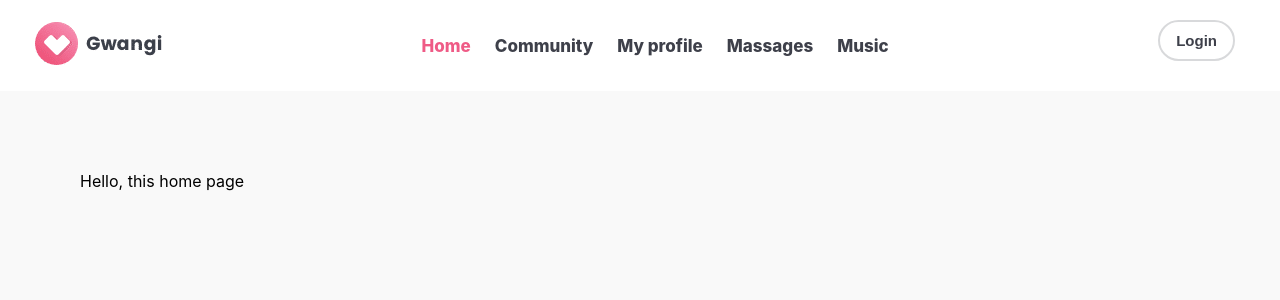
Repository: ShokunLiubov/Soc-Network-React
Page: /home
An editor plug-in stored every save of this project. The page is shown before and after the next save, followed by the edit.
The browser window is 1280 px wide. The pictures show the whole page.
The project was rebuilt for these pictures with package versions that can differ from the ones it lists, and the page was loaded fresh each time. Also part of the build but not shown: src/components/common/Paginator/Paginator.module.css, src/components/common/Paginator/Paginator.jsx, src/components/Community/Community.module.css, src/components/Community/Friend/Friend.jsx, src/components/Community/Community.jsx, src/components/common/Preloader/Preloader.jsx, src/components/Community/CommunityContainer.jsx, src/components/Dialogs/Dialogs.module.css and 13 more.

Above is the page before, as saved 2022-08-24 16:46:45.

### src/index.js
import reportWebVitals from './reportWebVitals';
import store from './redux/redux-store';
import React from 'react';
import ReactDOM from 'react-dom/client';
import './index.css';
import App from './App';
import { BrowserRouter } from 'react-router-dom';
import { Provider } from 'react-redux'

const root = ReactDOM.createRoot(document.getElementById('root'));

  root.render(

      <BrowserRouter>
        <Provider store={store}>
          <App />
        </Provider>
      </BrowserRouter>


  );


// If you want to start measuring performance in your app, pass a function
// to log results (for example: reportWebVitals(console.log))
// or send to an analytics endpoint. Learn more: https://bit.ly/CRA-vitals
reportWebVitals();

### src/redux/redux-store.js
import {combineReducers, legacy_createStore as createStore} from "redux"
import dialogsReducer from "./dialogs-reducer"
import profileReducer from "./profile-reducer"
import communityReducer from "./community-reducer"
import authReducer from "./auth-reducer"

let reducers = combineReducers({
    profilePage : profileReducer,
    dialogsPage : dialogsReducer,
    communityPage : communityReducer,
    auth: authReducer
})

let store = createStore(reducers)

export default store;

### src/App.js
import React from 'react';
import { Routes, Route } from "react-router-dom";
import './App.css';
import CommunityContainer from './components/Community/CommunityContainer';
import DialogsContainer from './components/Dialogs/DialogsContainer';
import Home from './components/Home/Home';
import Music from './components/Music/Music';
import Navbar from './components/Navbar/Navbar';
import ProfileContainer from './components/Profile/ProfileContainer';

function App(props) {
  return (

    <div className='app-wrapper'>
      <Navbar />
      <Routes>
        <Route path='/home/*' element={<Home />} />

        <Route path='/community/*' element={<CommunityContainer />} />

        <Route path='/profile/:id' element={<ProfileContainer />} />
        <Route path='/profile/*' element={<ProfileContainer />} />

        <Route path='/dialogs/*' element={<DialogsContainer />} />

        <Route path='/music/*' element={<Music />} />

      </Routes>

    </div>

  );
}

export default App;

### src/redux/dialogs-reducer.js
const SAND_MASSAGE = 'SAND-MASSAGE'
const UPDATE_NEW_MASSAGE_TEXT = 'UPDATE-NEW-MASSAGE-TEXT'

let initialState = {
    dialogsData: [
        { id: 1, name: 'Vika', ava: './../images/ava-w1.jpeg' },
        { id: 2, name: 'Eugen', ava: './../images/ava-m2.png' },
        { id: 3, name: 'Liubov', ava: './../images/ava-w3.jpeg' },
        { id: 4, name: 'Max', ava: './../images/ava-m1.jpeg' },
        { id: 5, name: 'Nika', ava: './../images/ava-w2.webp' }
    ],
    massagesData: [
        { id: 1, massage: 'Hi' },
        { id: 2, massage: 'How are you?' },
        { id: 3, massage: 'I am okey!' }
    ],
    newMassageText: ''
}

const dialogsReducer = (state = initialState, action) => {

    switch (action.type) {
        case SAND_MASSAGE:
            let text = state.newMassageText
            return {
                ...state,
                newMassageText: '',
                massagesData: [...state.massagesData, {id: Date.now(),massage: text}]
            }

        case UPDATE_NEW_MASSAGE_TEXT:
            return {
                ...state,
                newMassageText: action.newText
            }

        default:
            return state
    }

}

export const sandMassage = () => ({ type: SAND_MASSAGE })

export const onMassageChange = (text) =>
    ({ type: UPDATE_NEW_MASSAGE_TEXT, newText: text })

export default dialogsReducer;

### src/redux/profile-reducer.js
const ADD_POST = 'ADD-POST'
const UPDATE_NEW_POST_TEXT = 'UPDATE-NEW-POST-TEXT'
const SET_USER_PROFILE = 'SET-USER-PROFILE'

let initialState = {
    userProfile: {},
    postsData: [
        { id: 1, massage: 'Hi, how are you?', countLikes: '12', time: '29 minutes ago' },
        { id: 2, massage: 'It is my first post', countLikes: '99+', time: 'yesterday' },
        { id: 3, massage: 'My name Liubov, I am wife Eugen', countLikes: '32', time: 'week ago' }
    ],
    newPostText: ''
}

const profileReducer = (state = initialState, action) => {
    switch (action.type) {
        case ADD_POST:
            let newPost = {
                id: Date.now(),
                massage: state.newPostText,
                countLikes: '0',
                time: new Date().toLocaleTimeString()
            }
            return {
                ...state,
                newPostText: '',
                postsData: [newPost, ...state.postsData]
            }

        case UPDATE_NEW_POST_TEXT:
            return {
                ...state,
                newPostText: action.newText
            }
        case SET_USER_PROFILE:
            return {
                ...state,
                userProfile: action.profile

            }
        default:
            return state
    }


}

export const addPost = () => ({ type: ADD_POST })

export const updateNewPostText = (text) =>
    ({ type: UPDATE_NEW_POST_TEXT, newText: text })

export const setUserProfile = (profile) =>
    ({ type: SET_USER_PROFILE, profile})


export default profileReducer;

### src/redux/community-reducer.js
const FOLLOW = 'FOLLOW'
const UN_FOLLOW = 'UN-FOLLOW'
const SET_USERS = 'SET-USERS'
const SET_PAGE = 'SET-PAGE'
const SET_USERS_TOTAL_COUNT = 'SET-USERS-TOTAL-COUNT'
const TOGGLE_IS_FETCHING = 'TOGGLE-IS-FETCHING'

let initialState = {
    userData: [ ],
    pageSize: 10,
    totalUsersCount: 0,
    currentPage: 1,
    currentPageSize: 1,
    isFetching: false
}
const communityReducer = (state = initialState, action) => {
    switch (action.type) {
        case FOLLOW:
            return {
                ...state,
                userData: state.userData.map (user => {
                    if(user.id === action.userID) {
                        return {...user, followed: true}
                    }
                    return user
                })
            }
        case UN_FOLLOW:
            return {
                ...state,
                userData: state.userData.map (user => {
                    if(user.id === action.userID) {
                        return {...user, followed: false}
                    }
                    return user
                })
            }
        case SET_USERS:
            return {
                ...state,
                userData: action.users
            }
        case SET_PAGE:
            return {
                ...state,
                currentPage: action.page
                }
        case SET_USERS_TOTAL_COUNT:
            return {
                ...state,
                totalUsersCount: action.UsersTotalCount
            }
        case TOGGLE_IS_FETCHING:
            return {
                ...state,
                isFetching: action.isFetching
            }
        default:
            return state
    }
}

export const follow = (userID) => ({ type: FOLLOW, userID })

export const unFollow = (userID) => ({ type: UN_FOLLOW, userID })

export const setUsers = (users) => ({ type: SET_USERS, users })

export const setPage = (page) => ({ type: SET_PAGE, page })

export const setUsersTotalCount = (UsersTotalCount) => ({ type: SET_USERS_TOTAL_COUNT, UsersTotalCount })

export const toggleFetching = (isFetching) => ({ type: TOGGLE_IS_FETCHING, isFetching })

export default communityReducer;


// Создать кнопки prev next
// if(currentPage > 1) { prev
// } минус 1  при отрисовки подставляться значения, исключение первая страница
// Отображать в пагинации 5 стр и одну последнюю , учесть если будет меньше 5 стр

### src/redux/auth-reducer.js
const SET_USER_DATA = 'SET-USER-DATA'
// const UN_FOLLOW = 'UN-FOLLOW'

let initialState = {
    userId: undefined,
    email: undefined,
    login: undefined,
    isFetching: false
}
const authReducer = (state = initialState, action) => {
    switch (action.type) {
        case SET_USER_DATA:
            return {
                ...state,
                ...action.data
            }
        // case TOGGLE_IS_FETCHING:
        //     return {
        //         ...state,
        //         isFetching: action.isFetching
        //     }
        default:
            return state
    }
}

export const setUserData = (userId, email, login) => ({ type: SET_USER_DATA, data: {userId, email, login} })

// export const toggleFetching = (isFetching) => ({ type: TOGGLE_IS_FETCHING, isFetching })

export default authReducer;

### src/components/Dialogs/DialogsContainer.jsx
import React from 'react';
import { sandMassage, onMassageChange } from '../../redux/dialogs-reducer';
import Dialogs from './Dialogs';
import { connect } from 'react-redux'


let mapStateToProps = (state) => {
    return {
        dialogsData: state.dialogsPage.dialogsData,
        massagesData: state.dialogsPage.massagesData,
        newMassageText: state.dialogsPage.newMassageText
    }
}

const DialogsContainer = connect(mapStateToProps, { sandMassage, onMassageChange })(Dialogs)

export default DialogsContainer;

### src/components/Home/Home.jsx
import React from 'react';
import styles from './Home.module.css'

const Home = (props) => {
    return (
        <div className='container'>
            Hello, this home page
        </div>
    )
}

export default Home;

### src/components/Navbar/Navbar.jsx
import React from 'react';
import { NavLink } from 'react-router-dom';
import styles from './Navbar.module.css'

const Navbar = () => {
    return (
        <div className={styles.navbar}>
            <div className={styles.logo}><img src='./../images/logotype.png' /></div>
            <nav className={styles.menu}>
                <div className={styles.item}>
                <NavLink to='/home' className = { navData => navData.isActive ? styles.active : styles.item }>Home</NavLink>
                </div>
                <div className={styles.item}>
                <NavLink to='/community' className = { navData => navData.isActive ? styles.active : styles.item }>Community</NavLink>
                </div>
                <div className={styles.item}>
                <NavLink to='/profile'  className = { navData => navData.isActive ? styles.active : styles.item }>My profile</NavLink>
                </div>
                <div to='/dialogs' className={styles.item}>
                <NavLink to='/dialogs' className = { navData => navData.isActive ? styles.active : styles.item }>Massages</NavLink>
                </div>
                <div className={styles.item}>
                <NavLink to='/music' className = { navData => navData.isActive ? styles.active : styles.item }>Music</NavLink>
                </div>
            </nav>
            <NavLink to='/login' className={styles.login}>
            <button className='button'>Login</button>
            </NavLink>

        </div>
    )
}

export default Navbar;

### src/components/Navbar/Navbar.module.css
.navbar {
    display: flex;
    justify-content: space-between;
    align-items: center;
    padding: 20px 35px;
    background-color: #ffffff;
}

.logo {
    cursor: pointer;
}

.menu {
    display: flex;
}

.item a {
    margin: 0 12px;
    font-size: 17px;
    color: #3e404a;
    font-weight: 800;
    cursor: pointer;
    text-decoration: none;
}

.item a.active {
    color: #ef5b86;
}

.login {
    text-decoration: none;
    /* background-color: #ffffff;
    border: 2px solid #d8d9db;
    border-radius: 30px;
    padding: 10px 16px;
    font-size: 15px;
    color: #3e404a;
    font-weight: 800;
    cursor: pointer; */
}

### src/components/Profile/Profile_body/MyPosts/Post/Post.module.css
.post {
    background-color: #ffffff;
    border: 1px solid #e8e8e9;
    border-radius: 10px;
    margin: 50px 0;
    position: relative;
    width: 70%;
    min-height: 100px;
}

.personInfo img {
    position: absolute;
    top: -20px;
    left: -20px;
    width: 80px;
    height: 80px;
    object-fit: cover;
    border-radius: 10px;
}

.personInfo {
    display: flex;
}

.postInfo {
    margin: 10px 80px;
}

.nickname {
    color: #3e404a;
    font-size: 18px;
    font-weight: 700;
}

.time {
    color: #9da6b0;
    font-size: 12px;
    font-weight: 600;
    margin-top: 5px;
}

.massage {
    color: #9ca6af;
    font-size: 15px;
    font-weight: 700;
    margin: 10px 80px;
}

.like {
    width: 100%;
    display: flex;
    justify-content: end;
}

button{
    background: none;
    border: none;
    display: flex;
    align-items: center;
    margin: 0 10px 10px;
}

.countLike {
    margin-left: 5px;
    color: #9da6b0;
    font-size: 12px;
    font-weight: 500;
}

Loaded but not shown: public/index.html (common file); src/reportWebVitals.js (common file); src/index.css (common file); src/App.css (common file); src/components/Home/Home.module.css (no stored copy; drawn as an empty file); src/components/Music/Music.module.css (no stored copy; drawn as an empty file); src/components/Profile/Profile.module.css (no stored copy; drawn as an empty file)

After the next save:
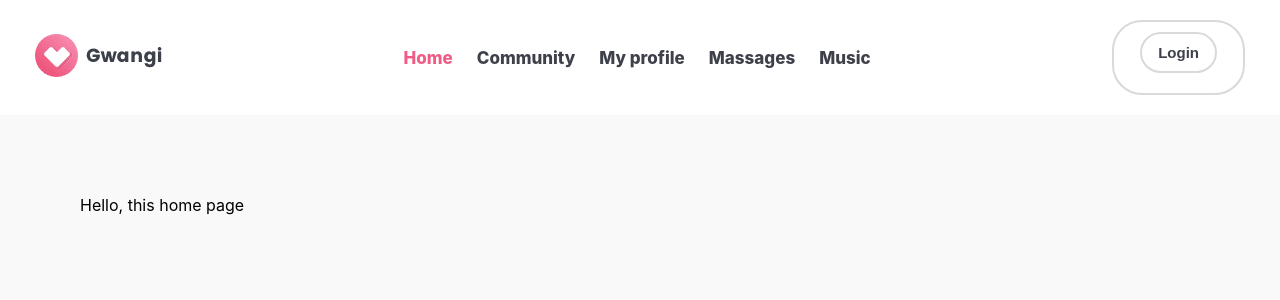
Saved 50 s later.
--- a/src/components/Navbar/Navbar.module.css
+++ b/src/components/Navbar/Navbar.module.css
@@ -29,12 +29,12 @@
 
 .login {
     text-decoration: none;
-    /* background-color: #ffffff;
+    background-color: #ffffff;
     border: 2px solid #d8d9db;
     border-radius: 30px;
     padding: 10px 16px;
     font-size: 15px;
     color: #3e404a;
     font-weight: 800;
-    cursor: pointer; */
+    cursor: pointer;
 }
